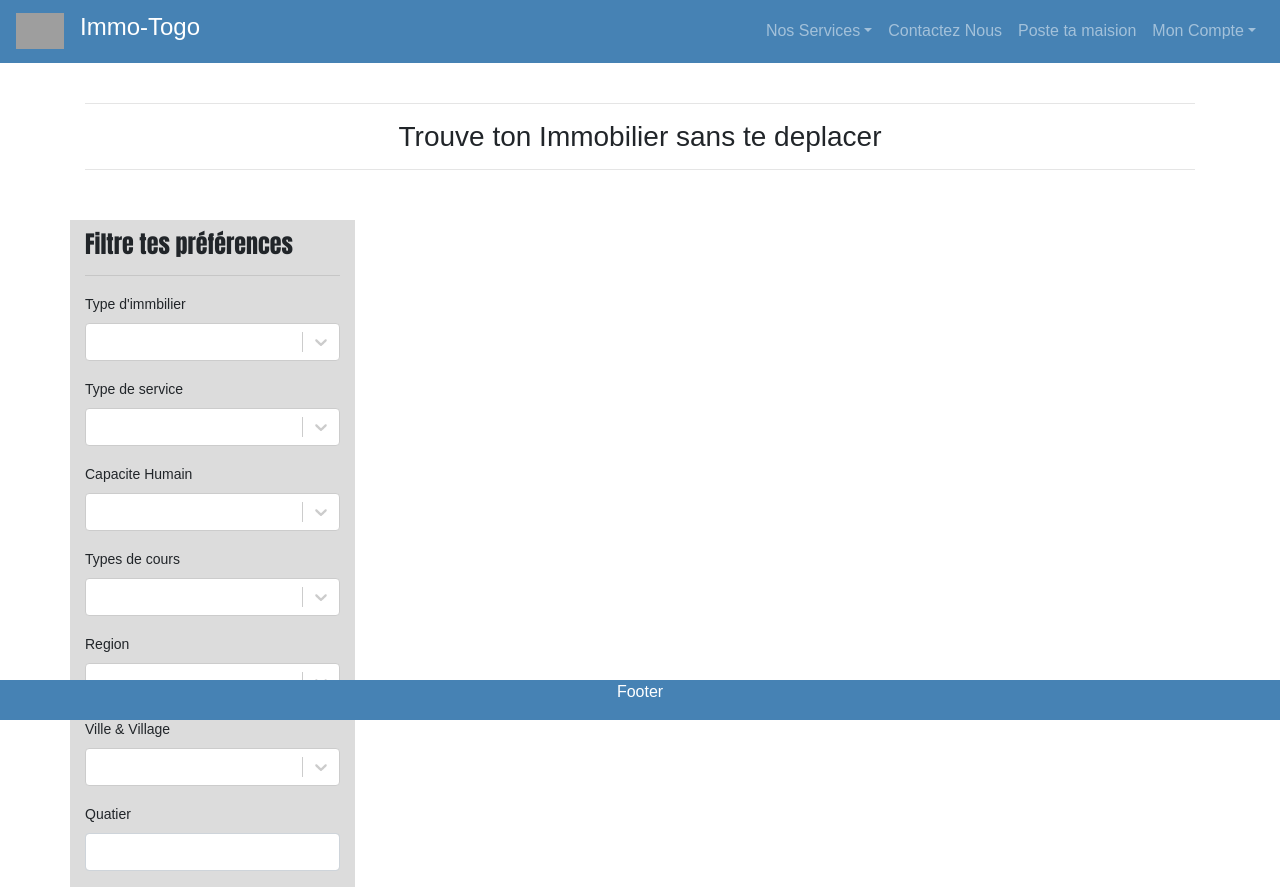
Repository: TAYLOR-YAO/immobilier-togo
Page: / (app in client/)
These files come from the project's save history. The page is drawn as it stood at one moment and after the next save; the edit follows.
The browser window is 1280 px wide. The pictures show the whole page.
Pictures or frames that could not be fetched are drawn as grey boxes. The page's requests for data from a server got no answer. The project was rebuilt for these pictures with package versions that can differ from the ones it lists, and the page was loaded fresh each time. No one was signed in, and anything a server would have sent is missing. Also part of the build but not shown: client/src/Components/LendingPage/LendingPage.css, client/src/Components/RegisterHouses/RegisterHouse.css, client/src/Components/RegisterHouses/RegisterHouse.js, client/src/Components/Test_file.js, client/src/Components/test-2.js.

Above is the page before, as saved 2020-05-15 00:20:19.

### client/src/App.js
import React from 'react';
import './App.css';
// import LendingPage from "./LendingPage/LendingPage";
import Router from "./Components/Router/Router";
import Navbar from "./Components/Navbar/Navbar";

function App() {
  return (
    <div className="App">
      <Navbar/>
      <Router/>
      <div className="footer fixed-bottom">
        <p>Footer</p>
      </div>
    </div>
  );
}

export default App;

### client/src/App.css
.App {
  text-align: center;
}

.App-logo {
  height: 5vmin;
  pointer-events: none;
}

@media (prefers-reduced-motion: no-preference) {
  .App-logo {
    animation: App-logo-spin infinite 20s linear;
  }
}
html {
position: relative;
min-height: 100%;
}
body {
margin: 0 0 100px;
font-family: sans-serif;
}
.content {
padding: 15px;
box-sizing: border-box;
text-align: center;
}
.footer {
  background-color: #4682B4 !important;
  color: #ffffff;
}
body > div.fade.hadow-lg.border.modal.show > div > div > div.bg-danger.text-white.text-center.py-1.modal-header{
  background-color: #4682B4 !important;
}

### client/src/Components/Router/Router.js

import React from "react";
import {Switch, Route} from "react-router-dom";

import LendingPage from "../LendingPage/LendingPage";

import RegisterHouse from "../RegisterHouses/RegisterHouse";
import TestFile from "../Test_file";
import TestFile2 from "../test-2";



const Router =()=>(
    <Switch>
        <Route exact path="/" component={LendingPage} />
        <Route exact path="/poster-immobiliers" component={RegisterHouse} />
        <Route exact path="/test" component={TestFile} />
        <Route exact path="/test2" component={TestFile2} />

    </Switch>
)
export default Router;

### client/src/Components/Navbar/Navbar.js
import React, {Component} from 'react';
import { Nav, NavDropdown, Navbar } from 'react-bootstrap';
import './Navbar.css';
var logo = "https://thumbs.dreamstime.com/z/mains-et-maisons-toits-logo-d-immobiliers-89005989.jpg";


class Navigations extends Component {
 state = {
   username: ""
};

  render() {
    return <div>

<Navbar collapseOnSelect expand="lg" bg="success" variant="dark" className="navbar navbar-fixed-top">
    <Navbar.Brand href="/node_modules">
        <img src={logo} className="App-logo" alt="logo" style={{float:"left"}} />
    </Navbar.Brand>
    <Navbar.Brand href="/">
        <h4>Immo-Togo  </h4>
    </Navbar.Brand>
    <Navbar.Toggle aria-controls="responsive-navbar-nav" />
    <Navbar.Collapse id="responsive-navbar-nav">
        <Nav className="mr-auto">
        </Nav>
        <Nav>
            <NavDropdown title="Nos Services" id="collasible-nav-dropdown">
                <NavDropdown.Item href="#action/3.1">Annonce et vente de Maison</NavDropdown.Item>
                <NavDropdown.Divider />
                <NavDropdown.Item href="#action/3.3">Annonce et vente de Terrains</NavDropdown.Item>
                <NavDropdown.Divider />
                <NavDropdown.Item href="#action/3.4">Annonce et location</NavDropdown.Item>
            </NavDropdown>
            <Nav.Link href="/">Contactez Nous</Nav.Link>
            <Nav.Link href="poster-immobiliers">Poste ta maision</Nav.Link>
            <NavDropdown title="Mon Compte" id="collasible-nav-dropdown">
                <NavDropdown.Item href="#action/3.1">Modifier</NavDropdown.Item>
                <NavDropdown.Divider />
                <NavDropdown.Item href="#action/3.3">Solicite L'aide</NavDropdown.Item>
                <NavDropdown.Divider />
                <NavDropdown.Item href="#action/3.4">Quitter</NavDropdown.Item>
            </NavDropdown>
        </Nav>
    </Navbar.Collapse>
</Navbar>

    </div>

  }
}

export default Navigations;

### client/src/Components/LendingPage/LendingPage.js
import React, {Component} from 'react';
import './LendingPage.css';
import ReactHtmlParser from 'react-html-parser';
import axios from "axios";
import { Container ,Row, Col, Card, Form,Button, Modal } from 'react-bootstrap';
import {regions, villes, immoiliers, cours, nombreChambres, services} from "../Feeds/feeds";
import Select from 'react-select';
import { Carousel } from 'react-responsive-carousel';
const customStyles = {
  input: styles => {
    return {
      ...styles,
      height: '1.6em'
  };
}
}
class LendingPage extends Component {
 state = {
    immobiliers: [],
    quartier:" ",
    ville:" ",
    descriptions:"",
    autreInfos:"",
    amount: "0.00 cfa",
    // ======================================
    region: "",
    immobilier: "",
    cours: "",
    chambres: "",
    services: "",
    // ======================================
    selectedRegion: null,
    selectedCity: null,
    selectedImmobilier: null,
    selectedCours:null,
    selectedNombreChambres: null,
    selectedServices: null,
    documents: false,
    show: false,
    close: false,
};
componentDidMount = ()=>{
  axios.get("/api/poster-vente", this.state).then(response=>{
    this.setState({
        immobiliers: response.data,
        clonedImmobiliers: response.data
      })
  })
  this.handleRegionChange = (regionOption) => {
    let filteredRegions = this.state.clonedImmobiliers.filter(immobilier => {
        return immobilier.region === regionOption.value;
    })
    this.setState({
        immobiliers: filteredRegions,
        selectedRegion: regionOption.value
    })
  }
  // ==============================FILTRE Ville================================
  this.handleVillesChange= (cityOption) => {
    let filteredCities = this.state.clonedImmobiliers.filter(immobilier => {
      return immobilier.ville === cityOption.value;
    })
    this.setState({
      immobiliers: filteredCities,
      ville: cityOption.value
    })
  }
  // ==============================FILTRE TYPE D'IMMOBILIER================================
  this.handleImmobilierChange= (immobilierTypeOption) => {
    let filteredImmobilierType= this.state.clonedImmobiliers.filter(immobilier => {
      return immobilier.immobilier === immobilierTypeOption.value;
    })
    this.setState({
      immobiliers: filteredImmobilierType,
      selectedImmobilier: immobilierTypeOption.value
    })
  }

  // ==============================FILTRE TYPE DE COURS================================
  this.handleCoursChange= (coursOptions) => {
    let filteredCoursType= this.state.clonedImmobiliers.filter(immobilier => {
      return immobilier.cours === coursOptions.value;
    })
    this.setState({
      immobiliers: filteredCoursType,
      selectedCours: coursOptions.value
    })
  }
  // ==============================FILTRE NOMBRE DE CHAMBRES================================
  this.handleNombreChambresChange= (nombreChambresOption) => {
    let filterednombreChambres= this.state.clonedImmobiliers.filter(immobilier => {
      return immobilier.chambres === nombreChambresOption.value;
    })
    this.setState({
      immobiliers: filterednombreChambres,
      selectedNombreChambres: nombreChambresOption.value
    })
  }

// =====================================FILTER SERVICES======================================
  this.handleServicesChange = (servicesOptions) => {
    // this.setState({ selectedServices: selectedServices, services: selectedServices.value });
    let filteredServices= this.state.clonedImmobiliers.filter(immobilier => {
      return immobilier.aventages === servicesOptions.value[0];
    })
    this.setState({
      immobiliers: filteredServices,
      selectedServices: servicesOptions.value
    })
  }

}

handleAmountChange = (event, maskedvalue, floatvalue) =>{
  this.setState({amount: maskedvalue});
}


handleServicesChange= (selectedServices) => {
  this.setState({ selectedServices: selectedServices, services: selectedServices.value });
}

handleInputsChanges = event => {
  const { target: { name, value } } = event;
  this.setState({ [name]: value });
}

render() {
  // const { immobiliers} = this.state;
  const { immobiliers, selectedRegion, selectedCity, selectedImmobilier,selectedCours,selectedNombreChambres, selectedServices} = this.state;
  return <div>

      <Container>
          <div style={{textAlign:"center"}}>
            <br/>
            <hr/>
            <h3>Trouve ton Immobilier sans te deplacer</h3>
            <hr/>
          </div>
        <br/>
        <Row style={{marginTop:"10px", height:"300px"}}>
        <Col sm={3} style={{background:"#DCDCDC", textAlign:"left"}}>
          <h4 style={{marginTop:"10px", fontFamily:"impact"}}>Filtre tes préférences</h4>
          <hr/>
            <Form.Group controlId="exampleForm.ControlSelect1" >
              <Form.Label style={{fontSize:"14px"}}>Type d'immbilier</Form.Label>
              <br/>
              <Select
              styles={customStyles}
              placeholder={selectedImmobilier}
              value={this.state.selectedImmobilier}
              onChange={this.handleImmobilierChange}
              options={immoiliers}
              />
            </Form.Group>
            <Form.Group controlId="exampleForm.ControlSelect1" >
              <Form.Label style={{fontSize:"14px"}}>Type de service</Form.Label>
              <br/>
              <Select
                  styles={customStyles}
                  placeholder={selectedServices}
                  value={this.state.selectedServices}
                  onChange={this.handleServicesChange}
                  options={services}
              />
            </Form.Group>
            <Form.Group controlId="exampleForm.ControlSelect1" >
              <Form.Label style={{fontSize:"14px"}}>Capacite Humain</Form.Label>
              <br/>
              <Select
                  styles={customStyles}
                  placeholder={selectedNombreChambres}
                  value={this.state.selectedNombreChambres}
                  onChange={this.handleNombreChambresChange}
                  options={nombreChambres}
              />
            </Form.Group>
            <Form.Group controlId="exampleForm.ControlSelect1" >
            <Form.Label style={{fontSize:"14px"}}>Types de cours</Form.Label>
            <br/>
            <Select
              styles={customStyles}
              placeholder={selectedCours}
              value={this.state.selectedCours}
              onChange={this.handleCoursChange}
              options={cours}
              // isMulti
              />
            </Form.Group>
            <Form.Group controlId="exampleForm.ControlSelect1" >
            <Form.Label style={{fontSize:"14px"}}>Region</Form.Label>
            <br/>
            <Select
                styles={customStyles}
                placeholder={selectedRegion}
                value={this.state.selectedRegion}
                onChange={this.handleRegionChange}
                options={regions}
              />
            </Form.Group>
            <Form.Group controlId="exampleForm.ControlSelect1" >
            <Form.Label style={{fontSize:"14px"}}>Ville & Village</Form.Label>
            <br/>
            <Select
                styles={customStyles}
                placeholder={selectedCity}
                value={this.state.selectedCity}
                onChange={this.handleVillesChange}
                options={villes}
              />
            </Form.Group>
            <Form.Group controlId="exampleForm.ControlSelect1" >
              <Form.Label style={{fontSize:"14px"}}>Quatier</Form.Label>
              <Form.Control type="text" placeholder="Ex: Adidogomé " value={this.state.quartier} name="quartier" onChange={this.handleInputsChanges}/>
            </Form.Group>
          </Col>
{/* ===================================================================== */}
          <Col sm={9}>
            <Row>
              <Col sm={12}>
                <Row>
                  <Col sm={12}>
                    { immobiliers.map(immobilier =>
                    <div key={immobilier._id} >
                      <Row style={{borderTop:"3px double #000", paddingTop:"10px"}}>
                        <Col sm={8}>
                          <div >
                            <Card>
                              <Card.Title><h4 style={{fontFamily:"impact" }}>{immobilier.titre}</h4></Card.Title>
                                <Card.Body className="housepics">
                                  <Carousel>
                                  {immobilier.images.map((image,index) =>
                                    <div key={index}>
                                      <img src={image} alt="Item View"/>
                                      <p className={image}>Legend 2</p>
                                    </div>
                                  )}
                                </Carousel>
                              </Card.Body>
                            </Card>
                          </div>
                        </Col>
                        <Col sm={4} style={{textAlign:"left",background:"#DCDCDC", paddingTop:"10px",overflow:"auto"}}>
                            <h4 style={{fontFamily:"impact" }}>Details le l'immobilier</h4>
                            <hr/>
                            <h5  style={{fontFamily:"impact" }}>{`Prix:   ${immobilier.amount}`}</h5>
                            <hr/>
                            <p style={{fontFamily:"impact" }}><strong>Telephone: </strong>{` ${immobilier.sellerContacts}`}</p>
                            <hr/>
                            <a href="mailto:taylot.dev25@gmail.com?subject=Immo-Togo: Manifestation d'interet">{`Contacter le proprietaire: ${immobilier.sellerEmail}`}</a>
                            <hr/>
                            <a href="https://firebasestorage.googleapis.com/v0/b/immo-togo.appspot.com/o/immo-togo%2F27752247_1641686842578627_1891016869452810300_n.jpg?alt=media&token=f6b03fa1-4225-4add-8caa-f81f313e2d23" download="w3logo">Telecharger le contract</a>
                            <hr/>
                            <Row>
                              <Col sm={12}>
                                <Button
                                  variant="outline-dark"
                                  // variant="none"
                                  onClick={() => this.setState({ show: true })}
                                >
                                  Plus de Detailles
                                </Button>
                                <Modal
                                  show={this.state.show}
                                  animation={true}
                                  size="md" className="hadow-lg border">
                                  <Modal.Header className="bg-danger text-white text-center py-1" id="mondal-header">
                                    <Modal.Title className="text-center">
                                      <h5>Plus De Detailles A Lire</h5>
                                    </Modal.Title>
                                  </Modal.Header>
                                  <Modal.Body className="py-0 border">
                                    {/*=====================Modal Body====================== */}
                                    <p><strong>Type de cours:</strong> {immobilier.cours ? ` ${immobilier.cours}` : ""}</p>
                                    <p><strong>Offre:</strong> {immobilier.services ? ` ${immobilier.services}` : ""}</p>
                                    <p><strong>Ville & Village:</strong>{` ${immobilier.ville}`}</p>
                                    <p><strong>Quartier:</strong>  {` ${immobilier.quartier}`} </p>
                                    <div>{immobilier.chambres ?(<div><strong>Nombre de Piece(s): </strong>{immobilier.chambres}</div>): ""}</div>
                                    <p>{immobilier.aventage ? `Aventale du lieu: ${immobilier.aventage.map(aventage =>{
                                    return ` ${aventage.value} |`
                                    })}` : ""}
                                    </p>
                                    <div><h6><strong>Address:</strong> </h6>{` ${immobilier.address}`}</div>
                                    <hr/>
                                    <div><h5><strong>Descriptions:</strong> </h5>  {ReactHtmlParser (immobilier.descriptions)}  </div>
                                    {/* ==================================================== */}

                                  </Modal.Body>
                                    <Modal.Footer className="py-1 d-flex justify-content-center">
                                      <div>
                                        <Button
                                          variant="outline-dark" onClick={() => this.setState({ show: false })}>Cancel</Button>
                                      </div>
                                      <div>
                                        <Button variant="outline-danger" className="mx-2 px-3">Delete</Button>
                                      </div>
                                    </Modal.Footer>
                                </Modal>
                              </Col>
                            </Row>
                        </Col>
                      </Row>
                        <hr/>
                      </div>
                    )}
                  </Col>
                </Row>

              </Col>
            </Row>
          </Col>
        </Row>
      </Container>
    </div>
  }
}

export default LendingPage;

### client/src/Components/Navbar/Navbar.css
/*
#root > div > div:nth-child(1) > nav{
    position: fixed;
    top: 0;
    width: 100%;

} */


#root > div > div:nth-child(1) > nav{
    background-color: #4682B4 !important;
}

### client/src/Components/Feeds/feeds.js
const regions = [
    { value: 'Maritime', label: 'Maritime' },
    { value: 'Central', label: 'Central' },
    { value: 'Savanes', label: 'Savanes' },
    { value: 'Kara', label: 'Kara' },
    { value: 'Plateaux', label: 'Plateaux' }
]
let immoiliers = [
    { value: 'Maison', label: 'Maison' },
    { value: 'Chambre', label: 'Chambre' },
    { value: 'Appartment', label: 'Appartment' },
    { value: 'Cours commune', label: 'Cours commune' },
    { value: 'Magasin', label: 'Magasin' },
    { value: 'Sommaire', label: 'Sommaire' }
]
let cours = [
    { value: 'Cours Uniquie', label: 'Cours Uniquie' },
    { value: 'Cours Commune', label: 'Cours Commune' },
    { value: 'Immeubles', label: 'Immeubles' }
]
let nombreChambres= [
    { value: 1, label: 1},
    { value: 2, label: 2},
    { value: 3, label: 3},
    { value: 4, label: 4},
    { value: 5, label: 5},
    { value: 6, label: 6},
    { value: 7, label: 7},
    { value: 8, label: 8},
    { value: 9, label: 9},
    { value: 10, label: 10},
    { value: 11, label: 11},
    { value: 12, label: 12},
    { value: 13, label: 13},
    { value: 14, label: 14},
    { value: 15, label: 15},
    { value: 16, label: 16},
    { value: 17, label: 17},
    { value: 18, label: 18},
    { value: 19, label: 19},
    { value: 20, label: 20}
]

let villes =[
    { value: 'Lomé', label: 'Lomé' },
    { value: 'Sokodé', label: 'Sokodé' },
    { value: 'Kara', label: 'Kara' },
    { value: 'Atakpamé', label: 'Atakpamé' },
    { value: 'Bassar', label: 'Bassar' },
    { value: 'Tsévié', label: 'Tsévié' },
    { value: 'Aného', label: 'Aného' },
    { value: 'Mango', label: 'Mango' },
    { value: 'Dapaong', label: 'Dapaong' },
    { value: 'Tchamba', label: 'Tchamba' },
    { value: 'Niamtougou', label: 'Niamtougou'},
    { value: 'Bafilo', label: 'Bafilo' },
    { value: 'Notsé', label: 'Notsé' },
    { value: 'Sotouboua', label: 'Sotouboua' },
    { value: 'Vogan', label: 'Vogan' },
    { value: 'Badou', label: 'Badou' },
    { value: 'Biankouri', label: 'Biankouri' },
    { value: 'Kandé', label: 'Kandé' },
    { value: 'Amlamé', label: 'Amlamé' },
    { value: 'Galangachi', label: 'Galangachi' },
    { value: 'Kpagouda', label: 'Kpagouda' }
]
let aventages = [
    { value: "Cyber", label: "Cyber" },
    { value: 'Ecole Primaire', label: 'Ecole Primaire' },
    { value: 'Lycées', label: 'Lycées' },
    { value: 'Université', label: 'Université' },
    { value: "Securité", label: "Securité"}
]
let services = [
    { value: "Vente", label: "Vente" },
    { value: 'Louer', label: 'Louer' },
    { value: 'Baille', label: 'Baille' }
]

module.exports = {
    villes: villes,
    regions: regions,
    immoiliers: immoiliers,
    cours: cours,
    nombreChambres: nombreChambres,
    aventages: aventages,
    services: services

}

Loaded but not shown: client/public/index.html (common file); client/src/index.js (common file); client/src/index.css (common file); client/src/serviceWorker.js (common file)

After the next save:
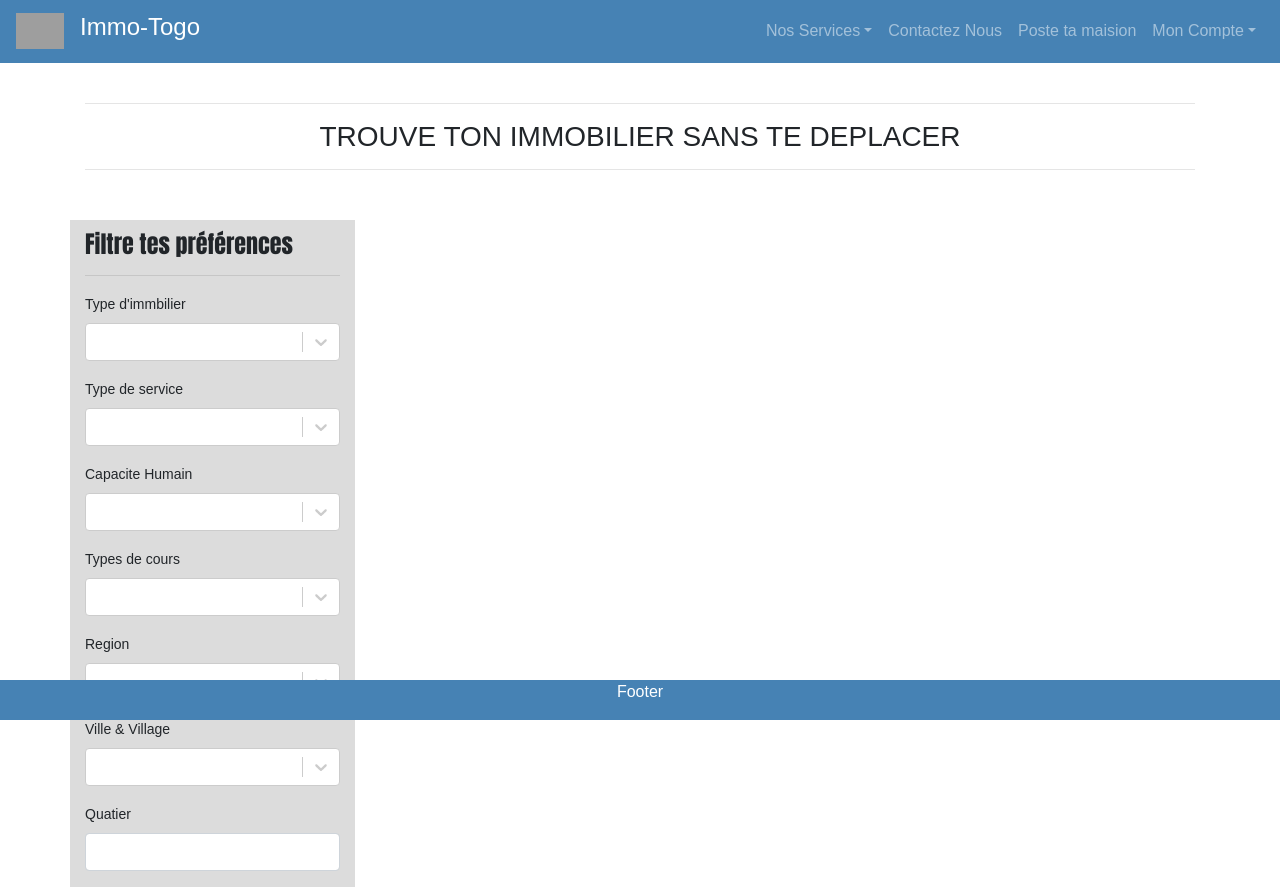
Saved 2 min 14 s later.
--- a/client/src/Components/LendingPage/LendingPage.js
+++ b/client/src/Components/LendingPage/LendingPage.js
@@ -134,7 +134,7 @@ render() {
           <div style={{textAlign:"center"}}>
             <br/>
             <hr/>
-            <h3>Trouve ton Immobilier sans te deplacer</h3>
+            <h3>TROUVE TON IMMOBILIER SANS TE DEPLACER</h3>
             <hr/>
           </div>
         <br/>
